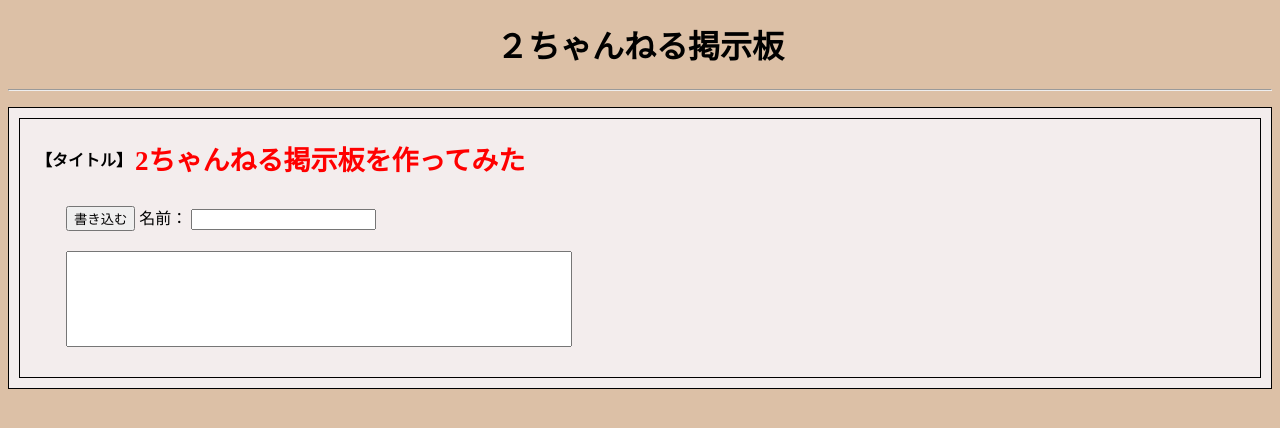
Repository: daidai0602/mba_portal
Page: http://localhost/
These files come from the project's save history. The page is drawn as it stood at one moment and after the next save; the edit follows.
The browser window is 1280 px wide. The pictures show the whole page.
The page is run by PHP 8.4 with error messages shown; the project is at /var/www/html/. Queries for data that is not in the repository find no rows.

Above is the page before, as saved 2023-11-26 23:08:25.

After the next save:
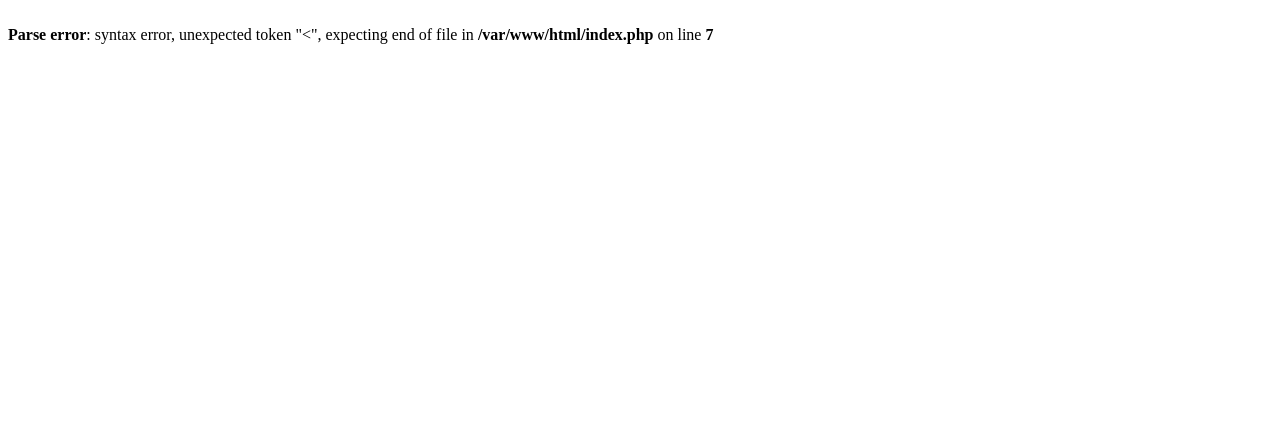
Saved 35 s later.
--- a/index.php
+++ b/index.php
@@ -2,52 +2,7 @@
 
 include_once("./app/database/connect.php");
 
-$error_message = array();
 
-if (isset($_POST["submitButton"])) {
-
-  //お名前入力チェック
-  if(empty($_POST['username'])){
-    $error_message["username"] = "お名前を入力してください。";
-  }else {
-    //エスケープ処理
-    $escaped["username"] = htmlspecialchars($_POST["username"], ENT_QUOTES, "UTF-8");
-  }
-    //コメント入力チェック
-  if(empty($_POST["body"])){
-    $error_message["body"] = "コメントを入力してください。";
-  } else {
-    //エスケープ処理
-    $escaped["body"] = htmlspecialchars($_POST["body"], ENT_QUOTES, "UTF-8");
-  }
-
-  if(empty($error_message)){
-      $post_date = date("Y-m-d H:i:s");
-
-      $sql = "INSERT INTO `comment` (`username`, `body`, `post_date`) VALUES (:username, :body, :post_date);";
-      $statement = $pdo->prepare($sql);
-
-      //値をセットする
-      $statement->bindParam(":username", $escaped["username"], PDO::PARAM_STR);
-      $statement->bindParam(":body", $escaped["body"], PDO::PARAM_STR);
-      $statement->bindParam(":post_date", $post_date, PDO::PARAM_STR);
-
-      $statement->execute();
-
-  }
-}
-
-$comment_array = array();
-
-//コメントデータをテーブルから取得
-$sql = "SELECT * FROM comment";
-$statement = $pdo->prepare($sql);
-$statement->execute();
-
-$comment_array = $statement;
-// var_dump($comment_array->fetchAll());
-
-?>
 
 <!DOCTYPE html>
 <html lang="ja">

After the save that followed:
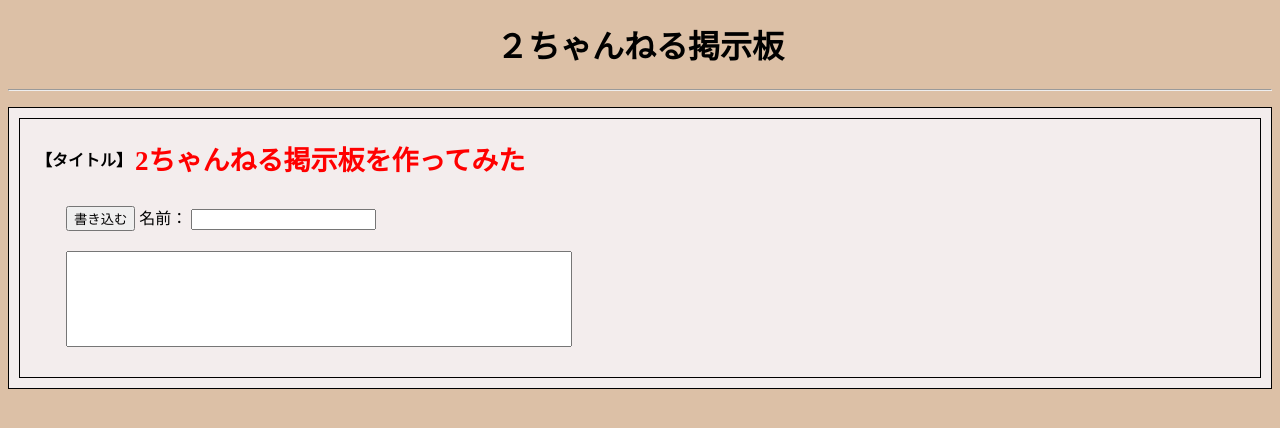
Saved 8 s later.
--- a/index.php
+++ b/index.php
@@ -2,7 +2,52 @@
 
 include_once("./app/database/connect.php");
 
+$error_message = array();
 
+if (isset($_POST["submitButton"])) {
+
+  //お名前入力チェック
+  if(empty($_POST['username'])){
+    $error_message["username"] = "お名前を入力してください。";
+  }else {
+    //エスケープ処理
+    $escaped["username"] = htmlspecialchars($_POST["username"], ENT_QUOTES, "UTF-8");
+  }
+    //コメント入力チェック
+  if(empty($_POST["body"])){
+    $error_message["body"] = "コメントを入力してください。";
+  } else {
+    //エスケープ処理
+    $escaped["body"] = htmlspecialchars($_POST["body"], ENT_QUOTES, "UTF-8");
+  }
+
+  if(empty($error_message)){
+      $post_date = date("Y-m-d H:i:s");
+
+      $sql = "INSERT INTO `comment` (`username`, `body`, `post_date`) VALUES (:username, :body, :post_date);";
+      $statement = $pdo->prepare($sql);
+
+      //値をセットする
+      $statement->bindParam(":username", $escaped["username"], PDO::PARAM_STR);
+      $statement->bindParam(":body", $escaped["body"], PDO::PARAM_STR);
+      $statement->bindParam(":post_date", $post_date, PDO::PARAM_STR);
+
+      $statement->execute();
+
+  }
+}
+
+$comment_array = array();
+
+//コメントデータをテーブルから取得
+$sql = "SELECT * FROM comment";
+$statement = $pdo->prepare($sql);
+$statement->execute();
+
+$comment_array = $statement;
+// var_dump($comment_array->fetchAll());
+
+?>
 
 <!DOCTYPE html>
 <html lang="ja">
